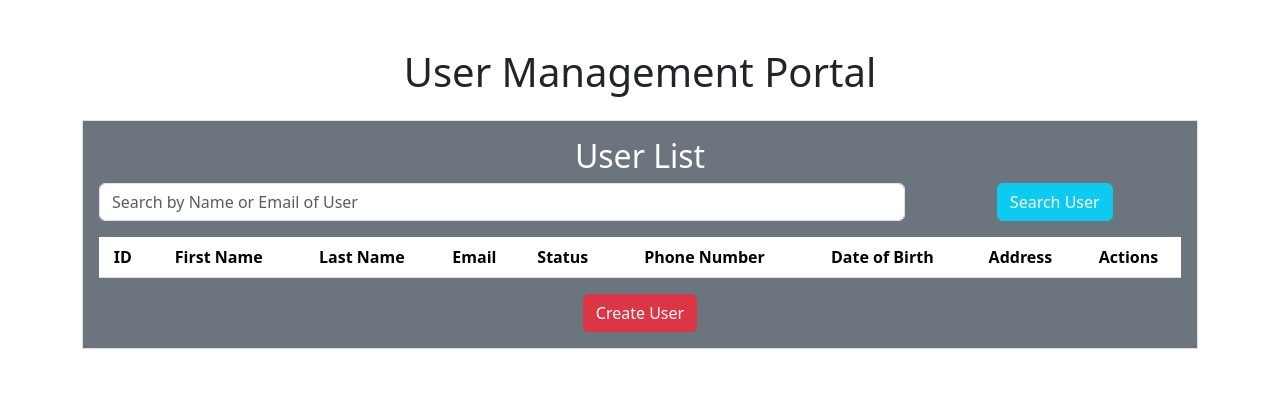
Repository: nairshreejith/reactstudent3
Page: /
The author's editor kept a copy of each file at every save. The page is drawn from the files as they stood at one save, then again after the next save.
The browser window is 1280 px wide. The pictures show the whole page.
The page's requests for data from a server got no answer. The project was rebuilt for these pictures with package versions that can differ from the ones it lists, and the page was loaded fresh each time. No one was signed in, and anything a server would have sent is missing.

Above is the page before, as saved 2023-09-16 23:38:53.

After the next save:
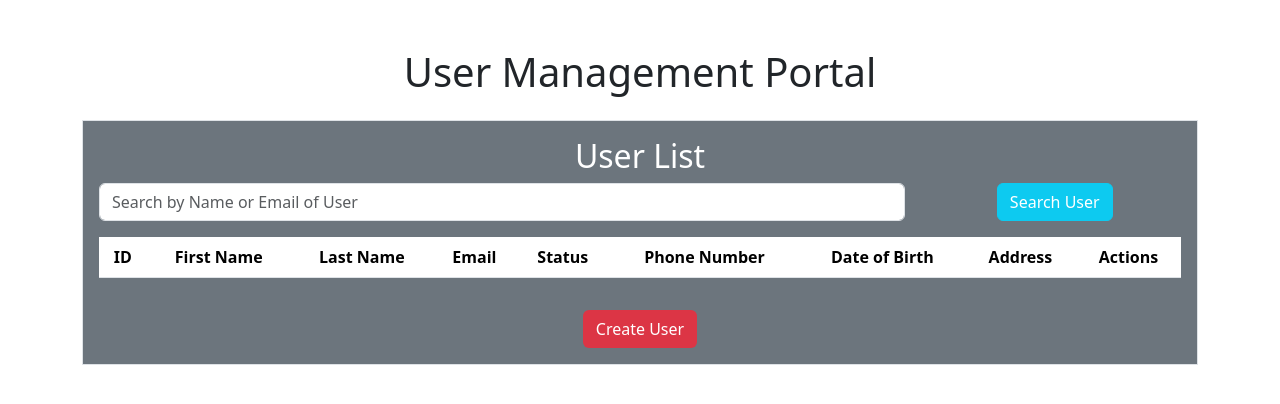
Saved 16 s later.
--- a/src/App.js
+++ b/src/App.js
@@ -148,7 +148,7 @@ function App() {
             ))}
           </tbody>
         </table>
-        <button className="btn bg-danger text-white" onClick={() => setShowCreateForm(!showCreateForm)}>
+        <button className="btn bg-danger text-white mt-3" onClick={() => setShowCreateForm(!showCreateForm)}>
           {showCreateForm ? "Cancel" : "Create User"}
         </button>
         {showCreateForm && (
